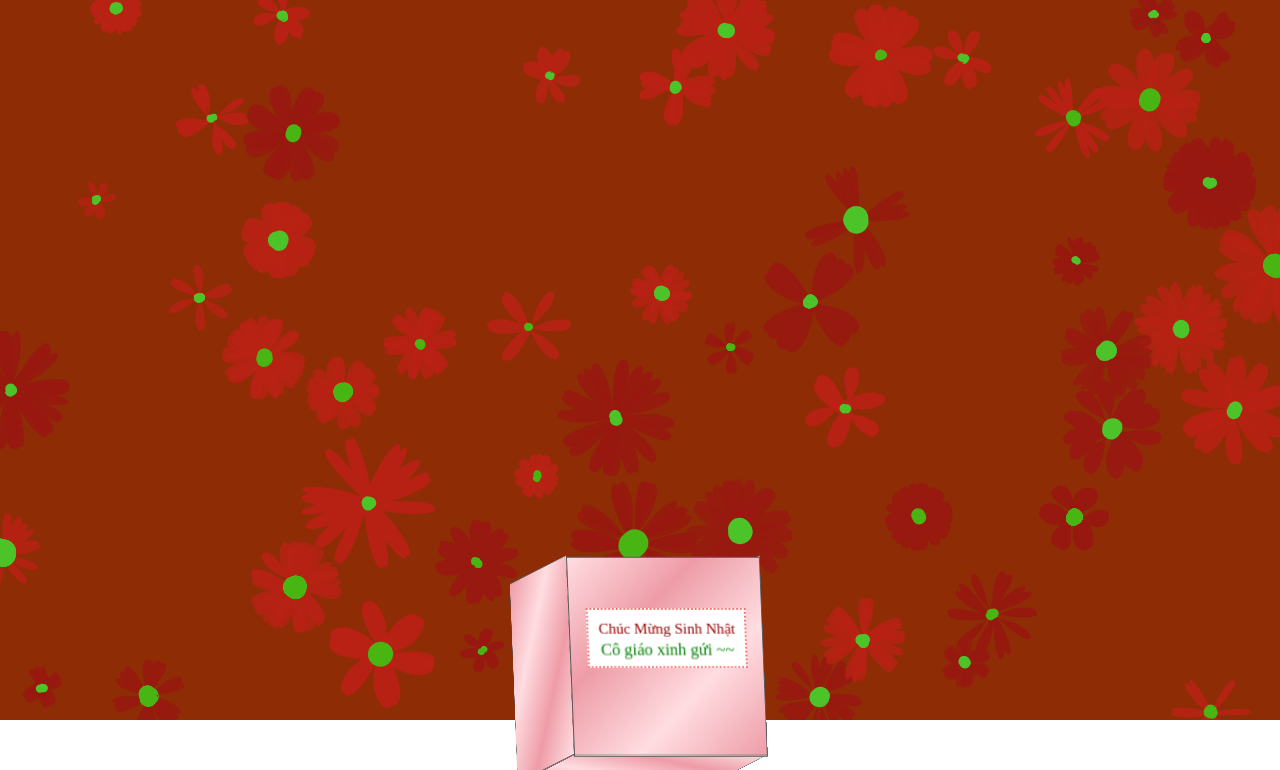
Repository: longhuu2204/click-me
Page: index.html
An editor plug-in stored every save of this project. The page is shown before and after the next save, followed by the edit.
The browser window is 1280 px wide. The pictures show the whole page.

Above is the page before, as saved 2023-03-10 23:40:20.

After the next save:
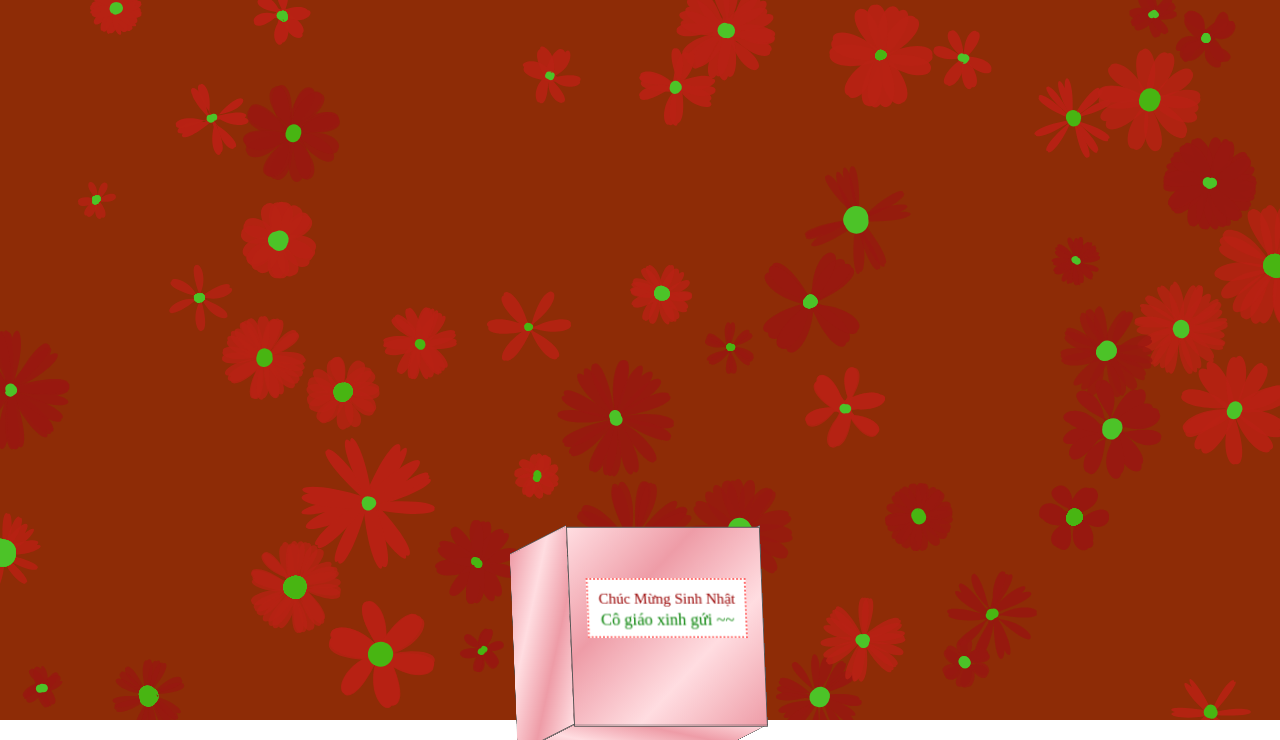
Saved 12 s later.
--- a/present.css
+++ b/present.css
@@ -33,7 +33,7 @@ body {
   display: flex;
   align-self: flex-end;
   position: absolute;
-  transform: translate(0, 50px);
+  transform: translate(0, 20px);
 }
 
 .present-box {
